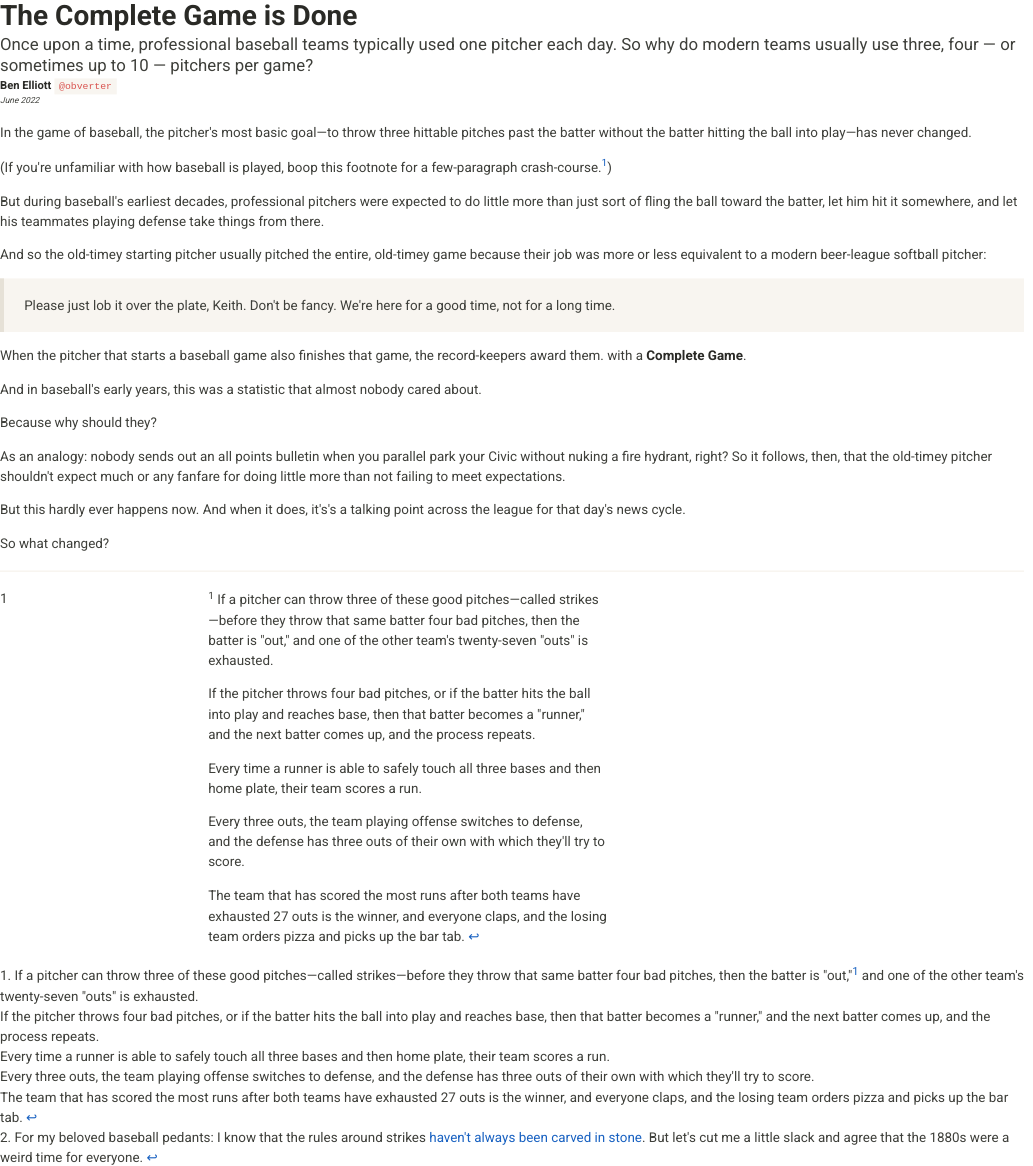
Repository: obverter/complete-games-are-done
Page: index.html
These files come from the project's save history. The page is drawn as it stood at one moment and after the next save; the edit follows.
The browser window is 1280 px wide. The page is 1291 px wide, so the pictures cover 1291 px, including what lies to the right of the window. The pictures show the whole page, at 80% of full size.

Above is the page before, as saved 2022-06-25 07:54:43.

### index.html
<!DOCTYPE html>
<html>
    <head>
        <meta charset="utf-8" />
        <meta name="viewport" content="width=device-width, initial-scale=1" />
        <title>Complete Games Are Done</title>
        <!-- todo: Title above is the text in the browser tab. -->
        <link rel="stylesheet" href="docs/bulmaswap.min.css" />
    </head>

    <body>
        <h1 class="title is-2">The Complete Game is Done</h1>
        <!-- todo: Title above is the Content title. -->
        <p class="subtitle is-4">
            Once upon a time, professional baseball teams typically used one
            pitcher each day. So why do modern teams usually use three, four —
            or sometimes up to 10 — pitchers per game?
            <!-- todo: Subtitle above is the Content subtitle. -->
        </p>

        <h6 class="title is-6">Ben Elliott <code>@obverter</code></h6>
        <h6 class="subtitle is-7"><em>June 2022</em></h6>
        <div class="content">
            <p>
                In the game of baseball, the pitcher's most basic goal—to throw
                three hittable pitches past the batter without the batter
                hitting the ball into play—has never changed.
            </p>
            <p>
                (If you're unfamiliar with how baseball is played, boop this
                footnote for a few-paragraph crash-course.<sup
                    ><a href="#fn1" id="ref1">1</a></sup
                >)
            </p>
            <p>
                But during baseball's earliest decades, professional pitchers
                were expected to do little more than just sort of fling the ball
                toward the batter, let him hit it somewhere, and let his
                teammates playing defense take things from there.
            </p>
            <p>
                And so the old-timey starting pitcher usually pitched the
                entire, old-timey game because their job was more or less
                equivalent to a modern beer-league softball pitcher:
            </p>
            <blockquote>
                Please just lob it over the plate, Keith. Don't be fancy. We're
                here for a good time, not for a long time.
            </blockquote>
            <p>
                When the pitcher that starts a baseball game also finishes that
                game, the record-keepers award them. with a
                <strong>Complete Game</strong>.
            </p>
            <p>
                And in baseball's early years, this was a statistic that almost
                nobody cared about.
            </p>
            <p>Because why should they?</p>
            <p>
                As an analogy: nobody sends out an all points bulletin when you
                parallel park your Civic without nuking a fire hydrant, right?
                So it follows, then, that the old-timey pitcher shouldn't expect
                much or any fanfare for doing little more than not failing to
                meet expectations.
            </p>
            <p>
                But this hardly ever happens now. And when it does, it's's a
                talking point across the league for that day's news cycle.
            </p>
            <p>So what changed?</p>
            <hr />
            <!-- todo: FOOTNOTES -->
            <div class="columns">
            <div class="column is-one-fifth">1</div>
            <!-- todo: ↘ FOOTNOTES GO HERE ↙ -->
            <div class="column is-two-fifths">
                <p>
                    <sup>1</sup> If a pitcher can throw three of these good pitches—called
                    strikes—before they throw that same batter four bad pitches,
                    then the batter is "out," and one of the other team's
                    twenty-seven "outs" is exhausted.
                </p>
                <p>
                    If the pitcher throws four bad pitches, or if the batter
                    hits the ball into play and reaches base, then that batter
                    becomes a "runner," and the next batter comes up, and the
                    process repeats.
                </p>
                <p>
                    Every time a runner is able to safely touch all three bases
                    and then home plate, their team scores a run.
                </p>
                <p>
                    Every three outs, the team playing offense switches to
                    defense, and the defense has three outs of their own with
                    which they'll try to score.
                </p>
                <p>
                    The team that has scored the most runs after both teams have
                    exhausted 27 outs is the winner, and everyone claps, and the
                    losing team orders pizza and picks up the bar tab.
                    <a href="#ref1" title="Jump back to footnote 1 in the text."
                    >↩</a
                    >
                </p>
            </div>
        </div>

            <!-- <div class="column">3</div>
            <div class="column">4</div>
            <div class="column">5</div> -->
        </div>
        <sup id="fn1"></sup>
        <p>
            1. If a pitcher can throw three of these good pitches—called
            strikes—before they throw that same batter four bad pitches, then
            the batter is "out,"<sup><a href="#fn2" id="ref1">1</a></sup>
            and one of the other team's twenty-seven "outs" is exhausted.
        </p>
        <p>
            If the pitcher throws four bad pitches, or if the batter hits the
            ball into play and reaches base, then that batter becomes a
            "runner," and the next batter comes up, and the process repeats.
        </p>
        <p>
            Every time a runner is able to safely touch all three bases and then
            home plate, their team scores a run.
        </p>
        <p>
            Every three outs, the team playing offense switches to defense, and
            the defense has three outs of their own with which they'll try to
            score.
        </p>
        <p>
            The team that has scored the most runs after both teams have
            exhausted 27 outs is the winner, and everyone claps, and the losing
            team orders pizza and picks up the bar tab.
            <a href="#ref1" title="Jump back to footnote 1 in the text.">↩</a>
            <br />
            <sup id="fn2">
                <p>
                    2. For my beloved baseball pedants: I know that the rules
                    around strikes
                    <a
                        strong
                        href="https://www.baseball-almanac.com/articles/strike_zone_rules_history.shtml"
                        >haven't always been carved in stone</a
                    >. But let's cut me a little slack and agree that the 1880s
                    were a weird time for everyone.
                    <a href="#ref2" title="Jump back to footnote 2 in the text."
                        >↩</a
                    >
                </p></sup
            >
        </p>
    </body>
</html>

Loaded but not shown: docs/bulmaswap.min.css (library)

After the next save:
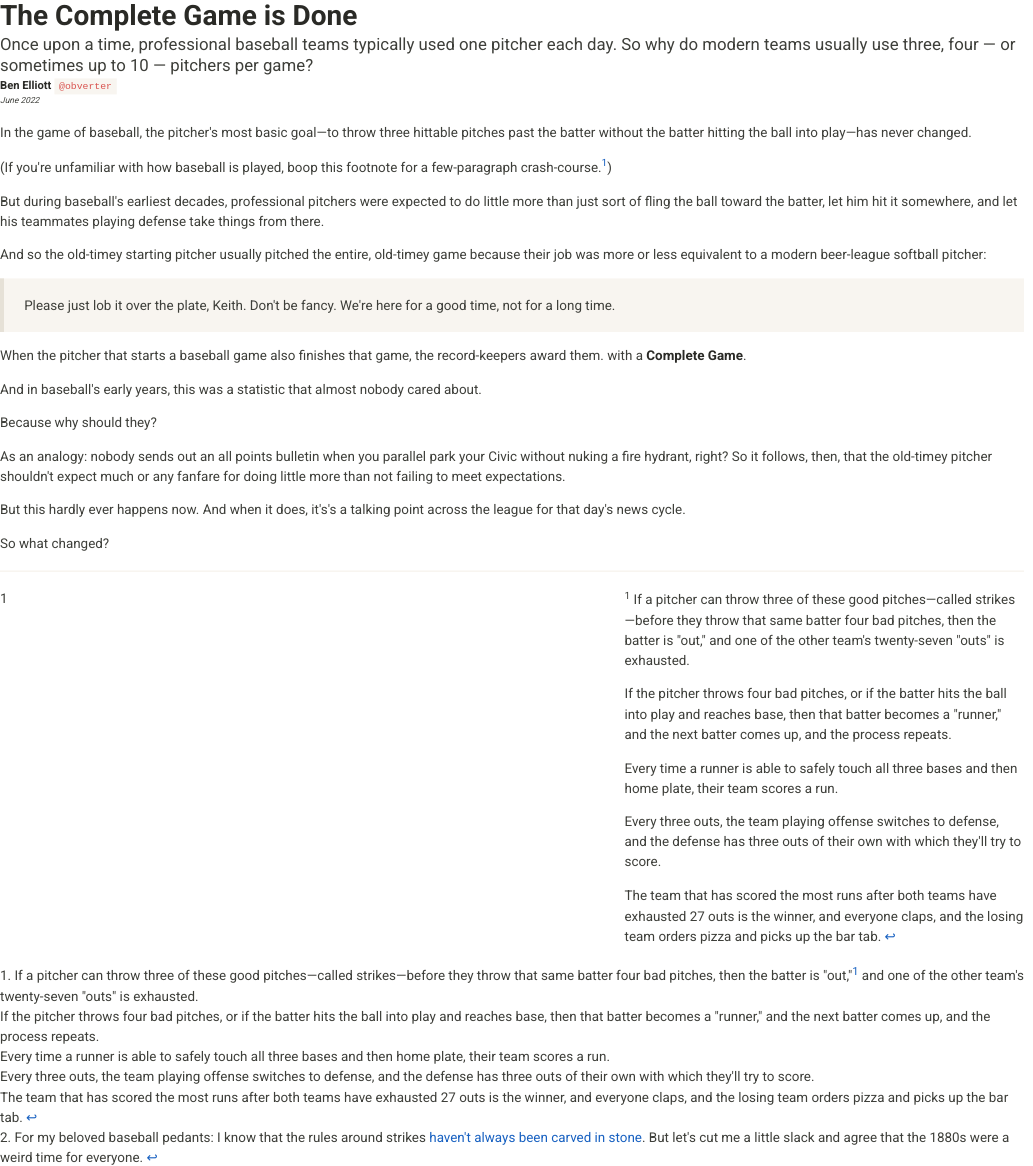
Saved 14 s later.
--- a/index.html
+++ b/index.html
@@ -72,7 +72,7 @@
             <hr />
             <!-- todo: FOOTNOTES -->
             <div class="columns">
-            <div class="column is-one-fifth">1</div>
+            <div class="column is-one-sixth">1</div>
             <!-- todo: ↘ FOOTNOTES GO HERE ↙ -->
             <div class="column is-two-fifths">
                 <p>

After the save that followed:
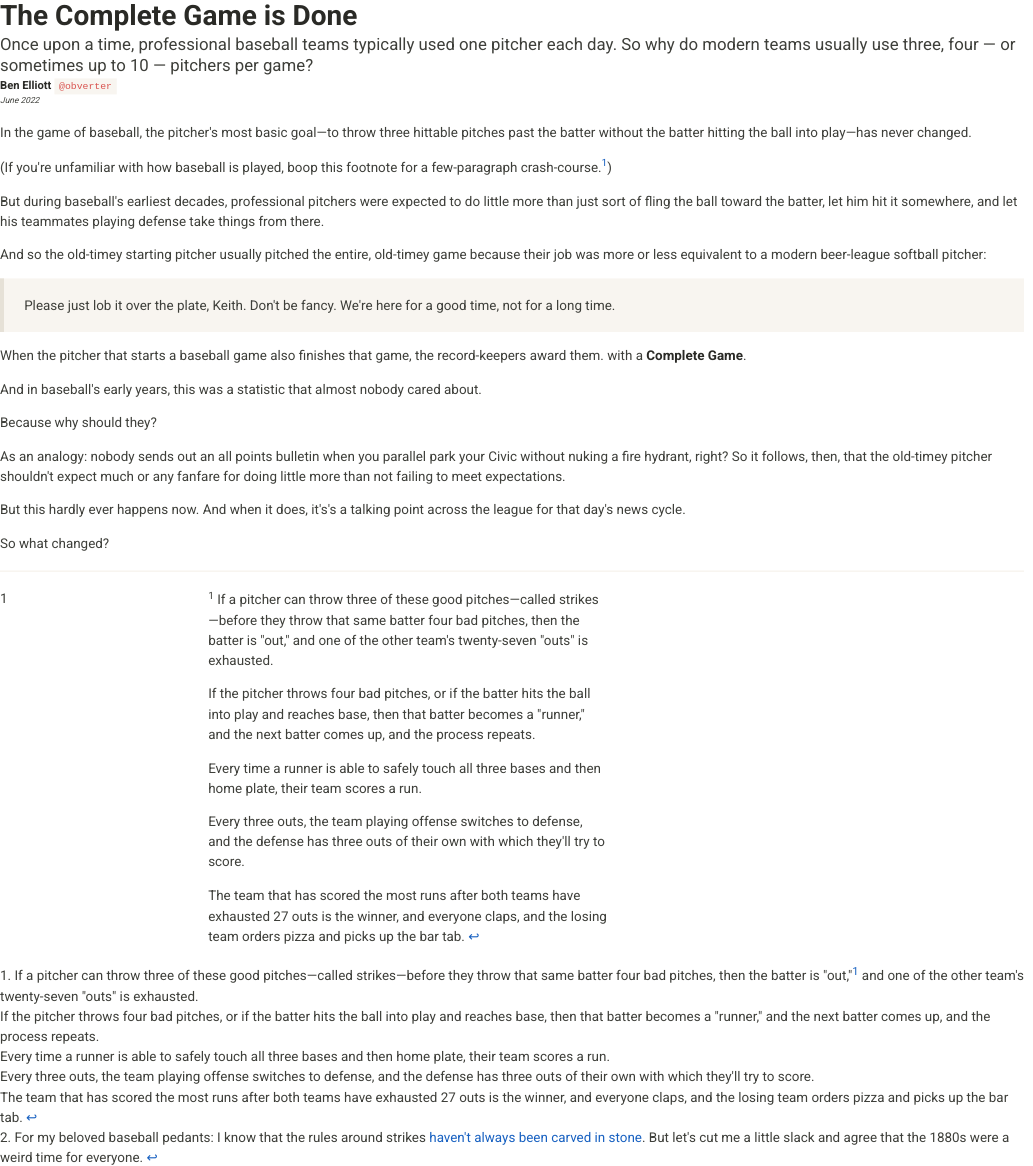
Saved 32 s later.
--- a/index.html
+++ b/index.html
@@ -72,7 +72,7 @@
             <hr />
             <!-- todo: FOOTNOTES -->
             <div class="columns">
-            <div class="column is-one-sixth">1</div>
+            <div class="column is-one-fifth">1</div>
             <!-- todo: ↘ FOOTNOTES GO HERE ↙ -->
             <div class="column is-two-fifths">
                 <p>
